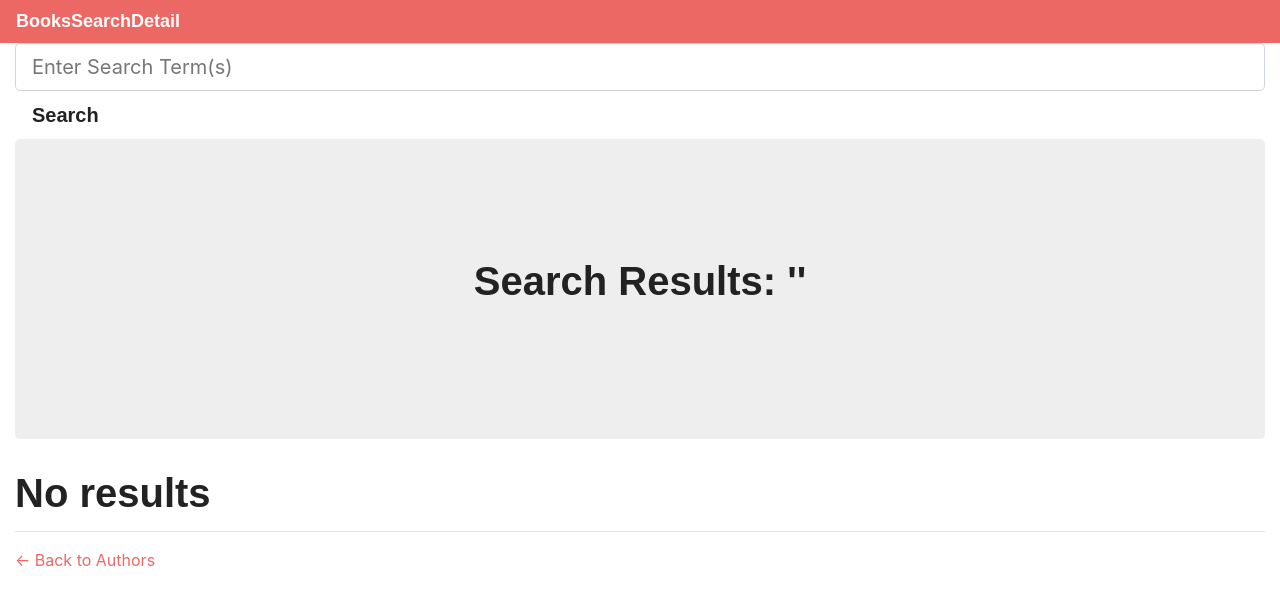
Repository: ionathas78/gBooksScanner
Page: /search (app in client/)
These files come from the project's save history. The page is drawn as it stood at one moment and after a run of saves; the edit follows.
The browser window is 1280 px wide. The pictures show the whole page.
Some web fonts or font styles are not loaded; a fallback is used. Some web libraries are served in a nearby version. The project was rebuilt for these pictures with package versions that can differ from the ones it lists, and the page was loaded fresh each time. Also part of the build but not shown: client/src/components/DeleteBtn/style.css, client/src/components/DeleteBtn/index.js, client/src/components/List/style.css, client/src/components/List/index.js, client/src/pages/Books.js, client/src/pages/Detail.js, client/src/pages/NoMatch.js.

Above is the page before, as saved 2020-05-19 13:21:53.

### client/src/App.js
import React from "react";
import { BrowserRouter as Router, Route, Switch } from "react-router-dom";
import Books from "./pages/Books";
import Detail from "./pages/Detail";
import Search from "./pages/Search";
import NoMatch from "./pages/NoMatch";
import Nav from "./components/Nav";
const config = require("dotenv").config();

function App() {
  console.log(config);

  return (
    <Router>
      <div>
        <Nav
          children={[
            { name: "Books", path: "/"},
            { name: "Search", path: "/search"},
            { name: "Detail", path: "/books"}
          ]}
        />
        <Switch>
          <Route exact path={["/"]}>
            <Books />
          </Route>
          <Route exact path={["/search", "/search/:searchTerm"]}>
            <Search />
          </Route>
          <Route exact path={["/books", "/books/:id"]}>
            <Detail />
          </Route>
          <Route>
            <NoMatch />
          </Route>
        </Switch>
      </div>
    </Router>
  );
}

export default App;

### client/src/pages/Search.js
import React, { useEffect, useState } from "react";
import { Link, useParams } from "react-router-dom";
import { Col, Row, Container } from "../components/Grid";
import Jumbotron from "../components/Jumbotron";
import Button from "../components/Button";
import Input from "../components/Input";
import API from "../utils/API";

function Search(props) {
  const [books, setBooks] = useState([]);
  const [search, setSearch] = useState("");
  const { searchTerm } = useParams();

  useEffect(() => {
    if (!searchTerm) {
      return;
    } else {
      setSearch(searchTerm);
    }

    API.searchBooks(search)
      .then(res => setBooks(res.data.items))
      .catch(err => console.log(err));
  }, [])

  function bookData(apiEntry) {
    const {
      authors,
      title,
      subtitle,
      categories,
      description,
      imageLinks,
      infoLink,
      maturityRating,
      pageCount,
      previewLink
    } = apiEntry.volumeInfo;
    const id = apiEntry.id;


    console.log(id, authors, title, subtitle, categories,
      description, imageLinks, infoLink, maturityRating,
      pageCount, previewLink);

    return {
      id: id,
      title: title,
      authors: authors,
      description: description,
      // image: (imageLinks ? imageLinks.thumbnail : ""),
      image: (imageLinks ? imageLinks.smallThumbnail : ""),
      link: infoLink
    }

  }

  function handleClick(event) {
    event.preventDefault();
    console.log(event.target);

    let bookToSave = bookData(books[event.target.id]);
    API.saveBook(bookToSave);
  }

  function handleChange(event) {
    event.preventDefault();

  }

  function bookImage(title, link) {
    if (link) {
      return (
        <img
          alt={title} book cover
          src={link}
          height="300"
          style={{ float: "left", margin: "10px 20px" }}
        />
      )
    } else {
      return;
    }
  }

  console.log(books);
  let i = -1;

  return (
      <Container fluid>
        <Row>
          <Col size="md-12">
            <Input
              name="search"
              placeholder="Enter Search Term(s)"
              id="search"
              style={{float: "left", width: "80%"}}
              onChange={handleChange}
            />
            <Button
              className="primary"
              style={{float: "right", width: "15%"}}
            >
              Search
            </Button>
          </Col>
        </Row>
        <Row>
          <Col size="md-12">
            <Jumbotron>
              <h1>
                Search Results: '{searchTerm}'
              </h1>
            </Jumbotron>
          </Col>
        </Row>
        {
          ((!books || (books.length === 0)) ?
            <h1>No results</h1>
            :
            books.map(entry => {
              let book = bookData(entry);
              i++;
              return (
                <Row>
                  <Col size="md-10 md-offset-1">
                    <article>
                      {
                        bookImage(book.title, book.image)
                      }
                      <h2>
                        <a href={book.link} >
                          {book.title}
                        </a>
                      </h2>
                      <button
                        className="success"
                        onClick={handleClick}
                        id={i}
                        style={{ float: "right", margin: "5px"}}
                      >
                        +
                      </button>
                      <h3>by {(book.authors ? book.authors.join(", ") : "")}</h3>
                      <p>
                        {book.description}
                      </p>
                    </article>
                  </Col>
                </Row>
            )
          })
          )
        }
        <hr/>
        <Row>
          <Col size="md-2">
            <Link to="/">← Back to Authors</Link>
          </Col>
        </Row>
      </Container>
    );
  }


export default Search;

### client/src/components/Nav/index.js
import React from "react";
import { Link } from "react-router-dom";


function Nav({children}) {
  return (
    <nav className="navbar navbar-expand-lg navbar-dark bg-primary">
      {children.map(item => {
        return (
          <Link
            style={{ color: "white" }}
            to={item.path}
          >
            {item.name}
          </Link>
        )
      })}
    </nav>
  );
}

export default Nav;

### client/src/utils/API.js
import axios from "axios";
require("dotenv");

export default {
  // Gets all books
  getBooks: function() {
    return axios.get("/api/books");
  },
  // Gets the book with the given id
  getBook: function(id) {
    return axios.get("/api/books/" + id);
  },
  // Deletes the book with the given id
  deleteBook: function(id) {
    return axios.delete("/api/books/" + id);
  },
  // Saves a book to the database
  saveBook: function(bookData) {
    return axios.post("/api/books", bookData);
  },
  searchBooks: function(searchTerm) {
    let queryString = "https://www.googleapis.com/books/v1/volumes?q=";
    // let apiKey = "&key=" + process.env.API_KEY;
    let apiKey = "&key=AIzaSyBwM7wSmJtrmNB64WSHYDrIvkjeauOQcto";
    // console.log(process.env.API_KEY);

    return axios.get(queryString + searchTerm + apiKey);
  }
};

### client/src/components/Grid/index.js
import React from "react";

// Exporting the Container, Row, and Col components from this file

// This Container component allows us to use a bootstrap container without worrying about class names
export function Container({ fluid, children }) {
  return <div className={`container${fluid ? "-fluid" : ""}`}>{children}</div>;
}

// This Row component lets us use a bootstrap row without having to think about class names
export function Row({ fluid, children }) {
  return <div className={`row${fluid ? "-fluid" : ""}`}>{children}</div>;
}

// This Col component lets us size bootstrap columns with less syntax
// e.g. <Col size="md-12"> instead of <div className="col-md-12">
export function Col({ size, children }) {
  return (
    <div
      className={size
        .split(" ")
        .map(size => "col-" + size)
        .join(" ")}
    >
      {children}
    </div>
  );
}

Loaded but not shown: client/public/index.html (common file); client/src/index.js (common file); client/src/components/Jumbotron/index.js (common file); client/src/components/Button/index.js (common file); client/src/components/Input/index.js (common file)

After the next 3 saves:
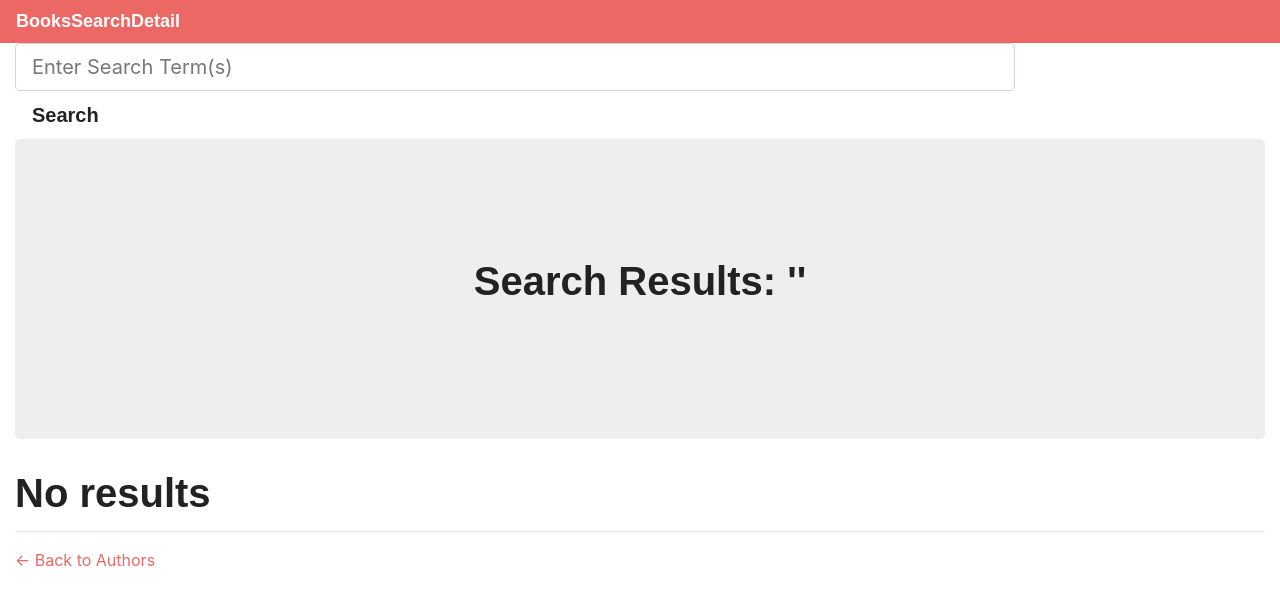
The 3 saves are shown as one change because 1 did not build or start and some came seconds apart.
The last was saved 66 s later.
--- a/client/src/pages/Search.js
+++ b/client/src/pages/Search.js
@@ -94,7 +94,7 @@ function Search(props) {
               name="search"
               placeholder="Enter Search Term(s)"
               id="search"
-              style={{float: "left", width: "80%"}}
+              style={{float: "left", maxWidth: "80%"}}
               onChange={handleChange}
             />
             <Button
